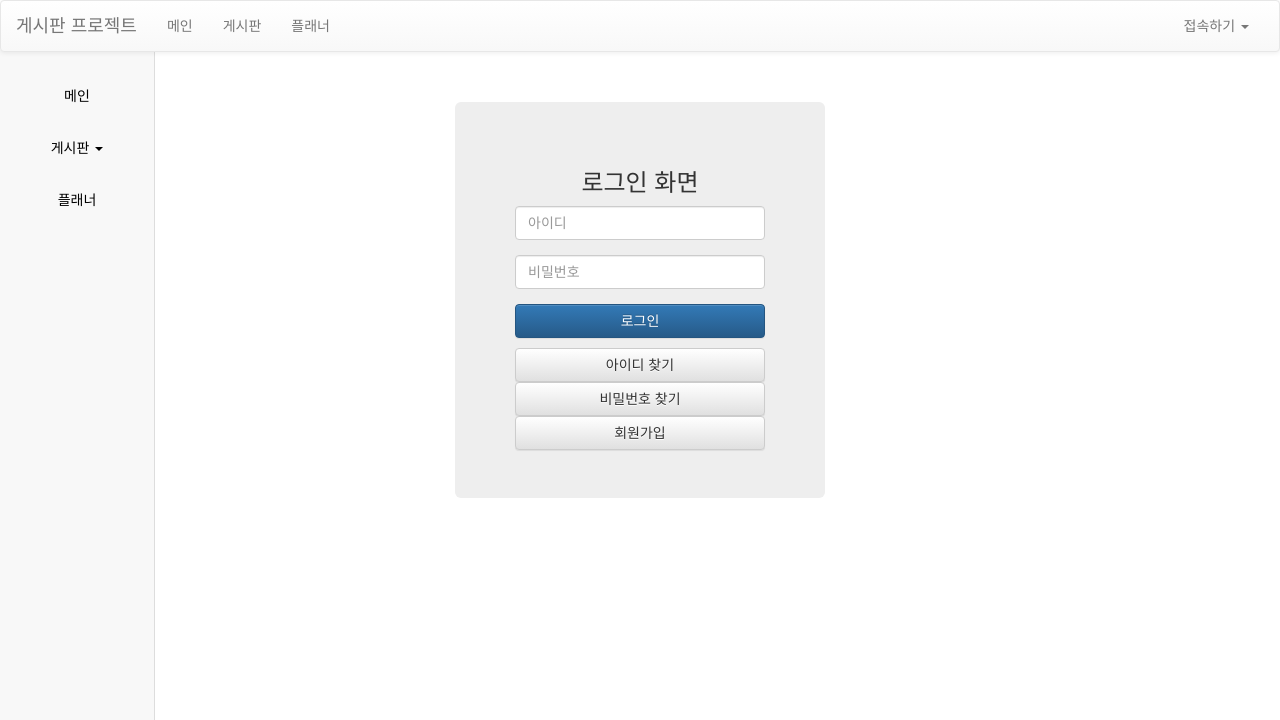
Repository: Seok7975/Project_PlannerSharingBoard
Page: http://localhost/ToDoList공유_게시판_ver3/id/login.jsp
These files come from the project's save history. The page is drawn as it stood at one moment and after the next save; the edit follows.
The browser window is 1280 px wide. The pictures show the whole page.
Some web libraries are served in a nearby version. The page is served by Tomcat 9.

Above is the page before, as saved 2024-07-05 06:12:26.

After the next save:
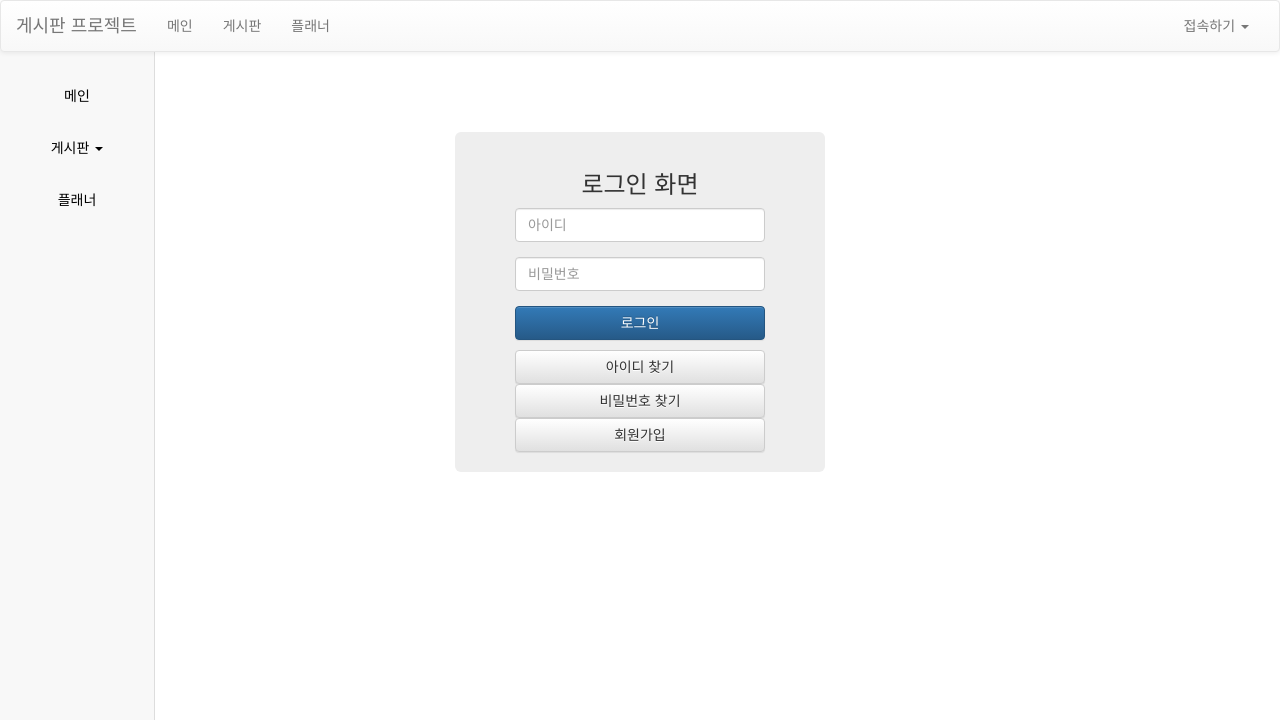
Saved 37 s later.
--- a/List_Projects_ver3/ToDoList공유 게시판_ver3/src/main/webapp/id/login.jsp
+++ b/List_Projects_ver3/ToDoList공유 게시판_ver3/src/main/webapp/id/login.jsp
@@ -234,48 +234,50 @@
 <!-- <link rel="stylesheet" href="css/jumbotronCustom.css"> -->
 <title>JSP 게시판 웹 사이트</title>
 <style>
-
-
-/*     .jumbotron {
+    .login-container {
+        max-width: 400px;
+        margin: 80px auto;
+    }
+
+    .jumbotron {
         padding: 20px;
         text-align: center;
     }
 
     .form-group {
         margin-bottom: 15px;
-    } */
+    }
 </style>
 <script>
-/*     //제이쿼리로 짜보고
-    $(document).ready(function() {
-        function toggleSidebar() {
-            if ($(window).width() > 768) {
-                $('.sidebar').addClass('show');
-                $('.jumbotron').css('margin-left', '250px'); // 사이드바 너비만큼 마진 추가
-            } else {
-                $('.sidebar').removeClass('show');
-                $('.jumbotron').css('margin-left', '0'); // 마진 제거
-            }
+$(document).ready(function() {
+    function toggleSidebar() {
+        if ($(window).width() > 768) {
+            $('.sidebar').addClass('show');
+            $('.main-content').removeClass('expanded');
+        } else {
+            $('.sidebar').removeClass('show');
+            $('.main-content').addClass('expanded');
         }
-
-        // 초기 로드 시 사이드바 상태 설정
+    }
+
+    // 초기 로드 시 사이드바 상태 설정
+    toggleSidebar();
+
+    // 창 크기가 변경될 때마다 사이드바 상태 업데이트
+    $(window).resize(function() {
         toggleSidebar();
-
-        // 창 크기가 변경될 때마다 사이드바 상태 업데이트
-        $(window).resize(function() {
-            toggleSidebar();
-        });
-
-        // 사이드바 토글 버튼 (필요한 경우)
-        $('.navbar-toggle').click(function() {
-            $('.sidebar').toggleClass('show');
-            if ($('.sidebar').hasClass('show')) {
-                $('.jumbotron').css('margin-left', '250px');
-            } else {
-                $('.jumbotron').css('margin-left', '0');
-            }
-        });
-    }); */
+    });
+
+    // 사이드바 토글 버튼 (필요한 경우)
+    $('.navbar-toggle').click(function() {
+        $('.sidebar').toggleClass('show');
+        if ($('.sidebar').hasClass('show')) {
+            $('.main-content').removeClass('expanded');
+        } else {
+            $('.main-content').addClass('expanded');
+        }
+    });
+});
 </script>
 </head>
 <body>
